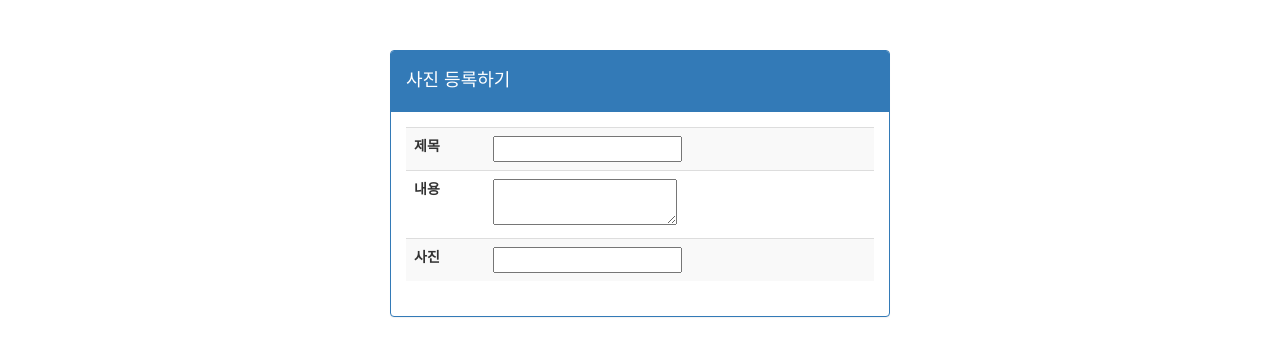
Repository: simDev1234/WebStudy
Page: http://localhost/2022_0607_PhotoGallery/photo/insert_form.do
The author's editor kept a copy of each file at every save. The page is drawn from the files as they stood at one save, then again after the next save.
The browser window is 1280 px wide. The pictures show the whole page.
The page is served by Tomcat 9.

Above is the page before, as saved 2022-06-08 02:58:23.

After the next save:
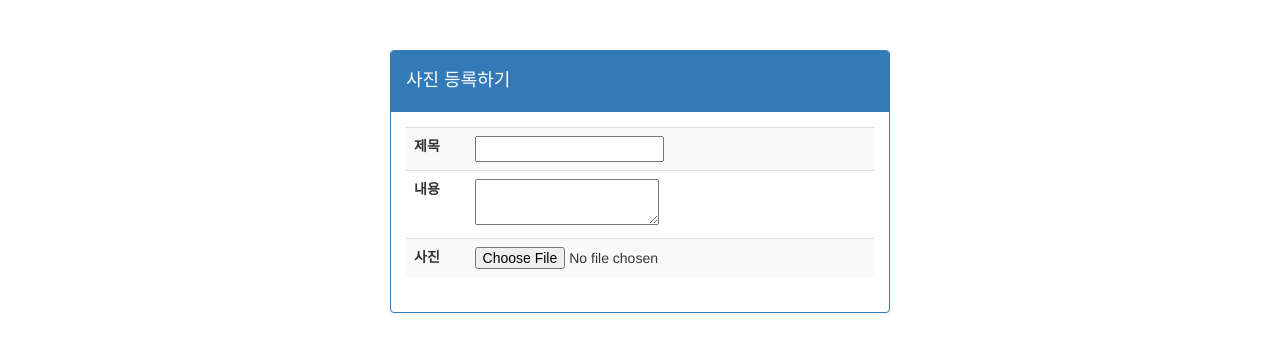
Saved 10 s later.
--- a/_01_상반기_WebStudy/2022_0607_PhotoGallery/src/main/webapp/photo/photo_insert_form.jsp
+++ b/_01_상반기_WebStudy/2022_0607_PhotoGallery/src/main/webapp/photo/photo_insert_form.jsp
@@ -33,7 +33,7 @@
 	              </tr>
 	              <tr>
 	                <th>사진</th>
-	                <td><input name = "p_subject"></td>
+	                <td><input type = "file" name = "p_subject"></td>
 	              </tr>
 	          </table>
 	       </div>
